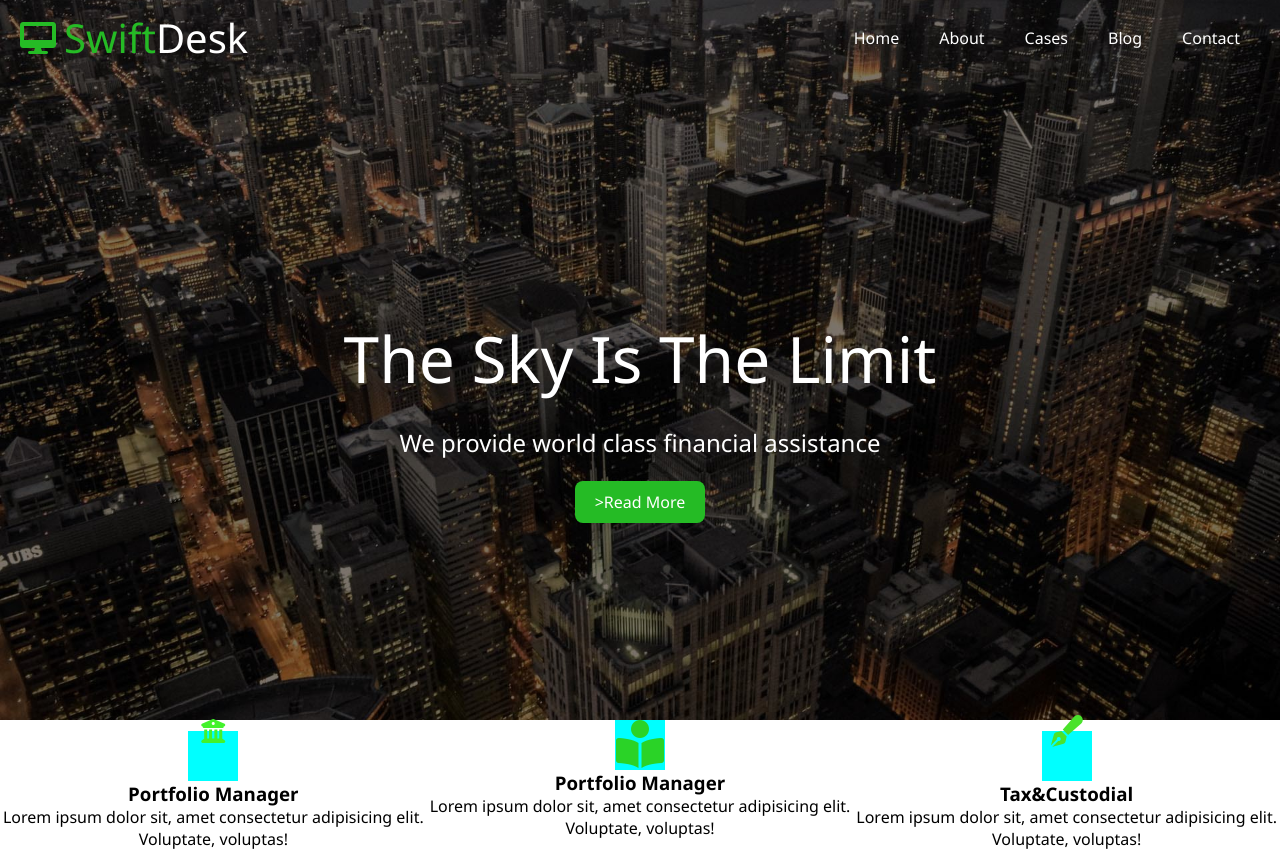
Repository: reemoon-ctrl/swiftdisk-Website-Flexbox
Page: index.html
An editor plug-in stored every save of this project. The page is shown before and after the next save, followed by the edit.
The browser window is 1280 px wide. The pictures show the whole page.

Above is the page before, as saved 2024-07-26 21:54:59.

### index.html
<!DOCTYPE html>
<html lang="en">
<head>
    <meta charset="UTF-8">
    <meta name="viewport" content="width=device-width, initial-scale=1.0">
    <title>
        Swift Desk
    </title>
    <link rel="stylesheet" href="https://cdnjs.cloudflare.com/ajax/libs/font-awesome/6.0.0-beta3/css/all.min.css">

    <link rel="stylesheet" href="index.css">
    <style>
    *{
        box-sizing: border-box;
        margin: 0;
        padding: 0;
    }
    body{
       font-family:'Segoe UI', Tahoma, Geneva, Verdana, sans-serif;
    }
    .nav-bar{
        display: flex;
        justify-content:space-between ;
        padding: 10px 20px;
        color:#fff;




    }
    .title-bar{
        align-items: center;
        flex-grow: 1;
        display: flex;
        gap:.5rem;


    }
    .title-bar h1{
        display:inline-block;
        font-weight: 500;
        font-size:2.5rem ;
    }

    .link-bar{

        /* flex-grow:1 ; */
        align-self: center;
        display: flex;
    }
    .link-bar a{
        padding: 10px 20px;
        color:#fff;
        text-decoration: none;

    }
    .fword{
        color:rgb(37, 187, 37);
    }
    .show-case{
       height:100hv;
       text-align: center;
       color:#fff;

       background:  url('img/home/showcase.jpg') no-repeat center center/cover ;
    }
    .hd-content{
        padding-top: 15rem;
    }
    .hd-content h1{
        font-size: 4rem;
        font-weight: 400;
    }
    .hd-content p{
        font-size: 1.5rem;
        padding-top: 1.5rem;
        padding-bottom: 2rem;
    }
    .hd-content a{
        color: #fff;
        background:rgb(37, 187, 37) ;
        padding: 10px 20px;
        border-radius: 8px;
        text-decoration: none;
        text-align: center;
    }
    .about-section ul{
        margin-top: ;
    display: flex;
    list-style: none;

    }
    .about-srvice li{
        text-align: center;
    }
    .about-srvice li i{
        background-color: aqua;
        width:50px;
        height: 50px;

    }
    </style>
</head>
<body>
    <div class="show-case">
        <header>
            <div class="nav-bar">
                <div class="title-bar">
                    <i class="fas fa-desktop fa-2x" style="color: rgb(37, 187, 37)"></i>
                    <h1 class="title"><span class="fword"> Swift</span>Desk</h1>
                </div>
                <div class="link-bar">
                    <a href="">Home</a>
                    <a href="">About</a>
                    <a href="">Cases</a>
                    <a href="">Blog</a>
                    <a href="">Contact</a>
                </div>
            </div>
        </header>
        <header class="hd-content">
            <h1>The Sky Is The Limit</h1>
            <p>We provide world class financial assistance
            </p>
            <a href="">>Read More</a>

        </header>

    </div>
    <main>
        <div class="about-section">
            <ul class="about-srvice" >
                 <li><i class="fa-solid fa-building-columns fa-xl" style="color: #43f22c;"></i>
                <h3>Portfolio Manager</h3>
                <p>Lorem ipsum dolor sit, amet consectetur adipisicing elit. Voluptate, voluptas!</p>
                </li>
                <li><i class="fa fa-book-open-reader fa-3x"class="icon" style="color: #2ad327;"></i><h3>Portfolio Manager</h3>
                    <p>Lorem ipsum dolor sit, amet consectetur adipisicing elit. Voluptate, voluptas!</p></li>
                <li><i class="fa-solid fa-pen-fancy fa-2xl" style="color: #4ae22c;"></i><h3>Tax&Custodial</h3>
                    <p>Lorem ipsum dolor sit, amet consectetur adipisicing elit. Voluptate, voluptas!</p></li>
            </ul>
        </div>

    </main>


</body>
</html>

### index.css
*{
    box-sizing: border-box;
    margin: 0;
    padding: 0;
}
body{

}
.nav-bar{
    display: flex;
    justify-content:space-between ;
    padding: 10px 20px;
    color:#fff;




}
.title-bar{
    align-items: center;
    flex-grow: 1;
    display: flex;
    gap:.5rem;


}
.title-bar h1{
    display:inline-block;
    font-size:2.5rem;
    font-weight: 400;
}

.link-bar{

    /* flex-grow:1 ; */
    align-self: center;
    display: flex;
}
.link-bar a{
    padding: 10px 20px;
    color:#fff;
    text-decoration: none;


}
.link-bar a:hover{
    border-bottom: 1px #25bb25 solid;
}
.fword{
    color:#25bb25;
}
.show-case{
   height:100vh;
   text-align: center;
   color:#fff;

   background:  url('img/home/showcase.jpg') no-repeat center center/cover ;
}
.hd-content{
    padding-top: 18rem;
}
.hd-content h1{
    font-size: 3rem;
}
.hd-content p{
    font-size: 1.5rem;
    padding-top: .8rem;
    padding-bottom: .8rem;
}
.hd-content a{
    color: #fff;
    background:rgb(69, 199, 69) ;
    padding: 10px 30px;
    border-radius: 5px;
    text-decoration: none;
    text-align: center;
}
.about-section ul{
    display: flex;
    list-style: none;

}
.about-srvice li{
    text-align: center;
}
.about-srvice li i{
    background-color: aqua;
    width:50px;
    height: 50px;

}

After the next save:
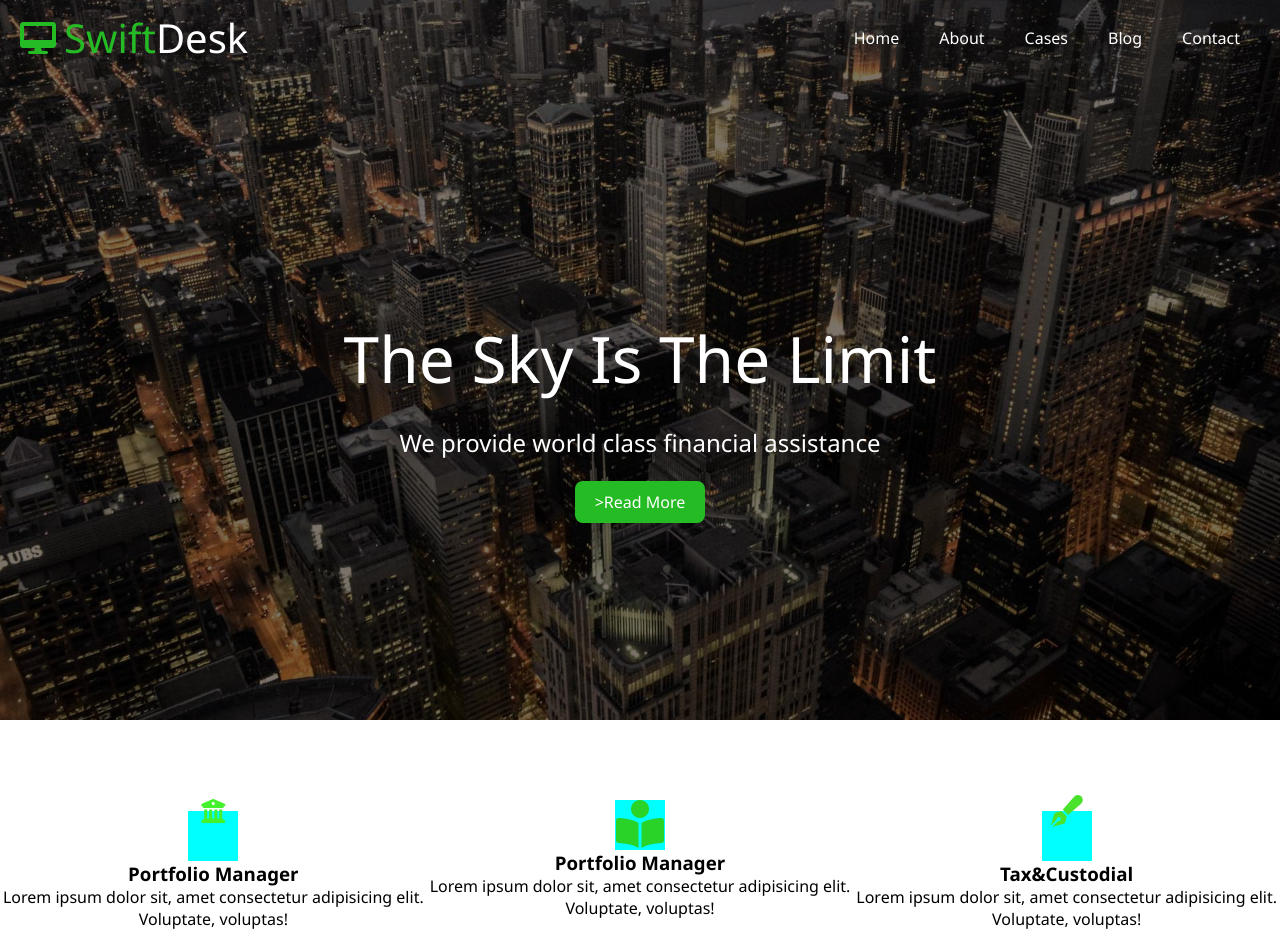
Saved 4 s later.
--- a/index.html
+++ b/index.html
@@ -85,7 +85,7 @@
         text-align: center;
     }
     .about-section ul{
-        margin-top: ;
+        margin-top: 5rem;
     display: flex;
     list-style: none;
 

After the save that followed:
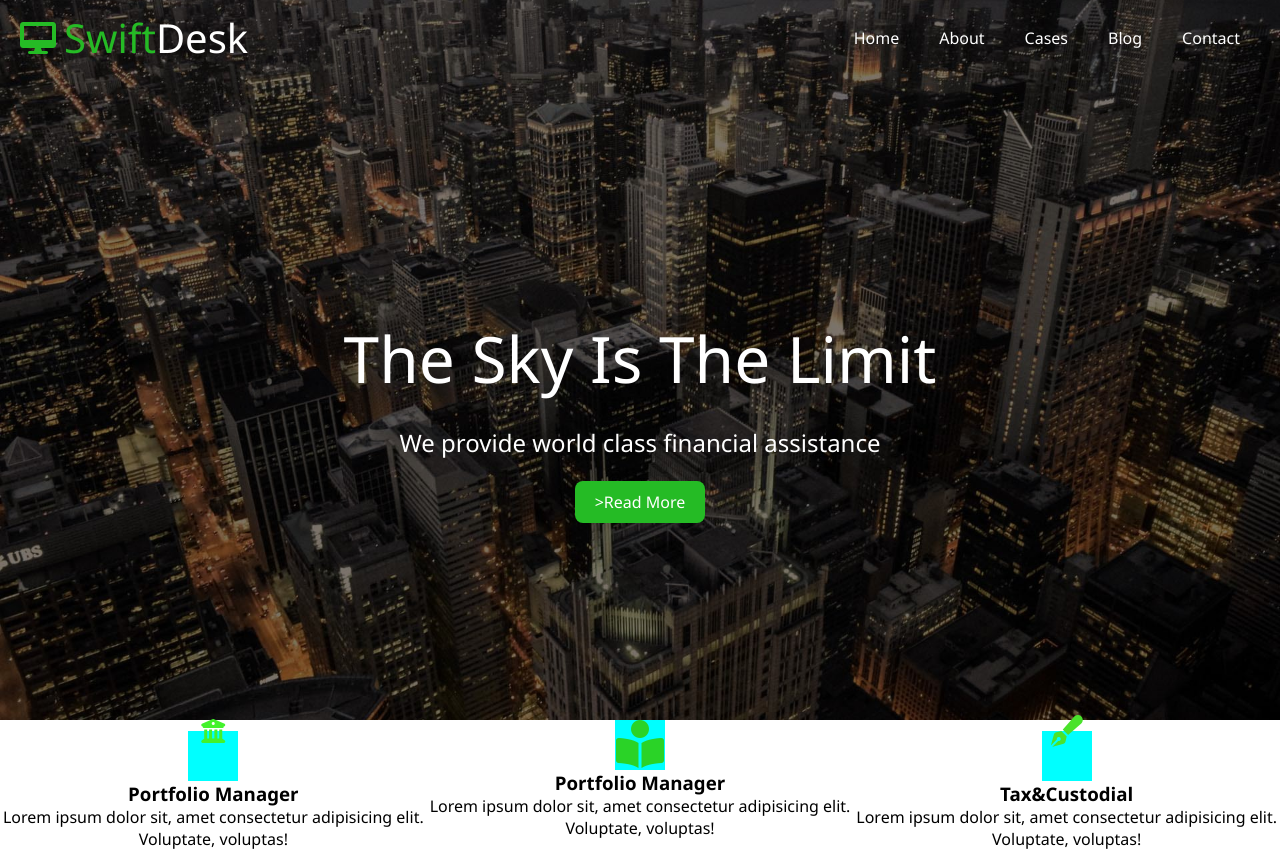
Saved 8 s later.
--- a/index.html
+++ b/index.html
@@ -85,7 +85,7 @@
         text-align: center;
     }
     .about-section ul{
-        margin-top: 5rem;
+
     display: flex;
     list-style: none;
 
